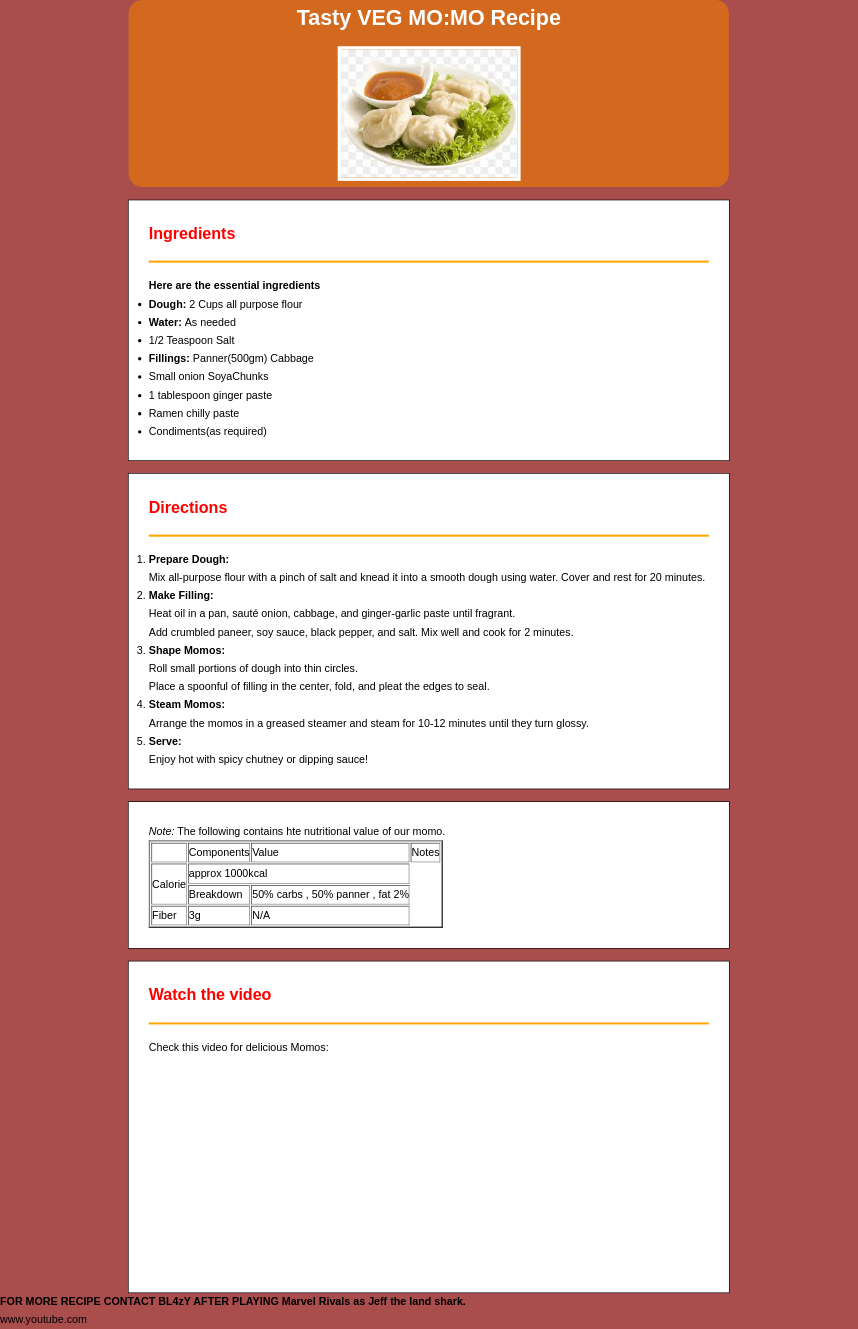
Repository: GigaByte6610/recipe
Page: index.html
The author's editor kept a copy of each file at every save. The page is drawn from the files as they stood at one save, then again after the next save.
The browser window is 1280 px wide. The pictures show the whole page, at 67% of full size.
Pictures or frames that could not be fetched are drawn as grey boxes.

Above is the page before, as saved 2025-02-05 04:30:25.

### index.html
<!DOCTYPE html>
<html lang="en">

<head>
    <meta charset="UTF-8" />
    <meta name="viewport" content="width=device-width, initial-scale=1.0" />
    <title>My Recipe [Veg Momo]</title>
    <link rel="stylesheet" href="style.css">
</head>

<body>
    <header>
        <h1 align="center">Tasty VEG MO:MO Recipe</h1>
        <img src="momo.jpeg" alt="" />
    </header>

    <section>
        <h2>Ingredients</h2>
        <p>
            <strong> Here are the essential ingredients</strong>
        </p>
        <ul>
            <li><strong>Dough: </strong> 2 Cups all purpose flour</li>
            <li><strong>Water: </strong> As needed</li>
            <li>1/2 Teaspoon Salt</li>
            <li><strong>Fillings: </strong> Panner(500gm) Cabbage</li>
            <li>Small onion SoyaChunks</li>
            <li>1 tablespoon ginger paste</li>
            <li>Ramen chilly paste</li>
            <li>Condiments(as required)</li>
        </ul>
    </section>
    <section>
        <h2><strong>Directions</strong></h2>
        <ol>
            <li><strong>Prepare Dough: </strong><br>Mix all-purpose flour with a pinch of salt and knead it into a smooth dough using water. Cover and rest for 20 minutes.</li>
            <li><strong>Make Filling:</strong><br>Heat oil in a pan, sauté onion, cabbage, and ginger-garlic paste until fragrant. <br>Add crumbled paneer, soy sauce, black pepper, and salt. Mix well and cook for 2 minutes.</li>
            <li><strong>Shape Momos:</strong> <br>Roll small portions of dough into thin circles. <br>Place a spoonful of filling in the center, fold, and pleat the edges to seal.</li>
            <li><strong>Steam Momos:</strong> <br>Arrange the momos in a greased steamer and steam for 10-12 minutes until they turn glossy.</li>
            <li><strong>Serve:</strong> <br>Enjoy hot with spicy chutney or dipping sauce!</li>
        </ol>
    </section>
    <section>
        <p>
            <em>Note:</em> The following contains hte nutritional value of our momo.
        </p>
        <table border="2">
            <thead>
                <th>
                    <td>Components</td>
                    <td>Value</td>
                    <td>Notes</td>
                </th>
            </thead>
            <tbody>
                <tr>
                    <td rowspan="2"> Calorie</td>
                    <td colspan="2">approx 1000kcal</td>
                </tr>
                <tr>
                    <td>Breakdown</td>
                    <td>50% carbs , 50% panner , fat 2%</td>
                </tr>
                <tr>
                    <td>Fiber</td>
                    <td>3g</td>
                    <td>N/A</td>
                </tr>
            </tbody>
        </table>
    </section>
    <section>
        <h2> Watch the video</h2>
        <p>Check this video for delicious Momos: </p>
        <iframe width="560" height="315" src="https://www.youtube.com/embed/71GR1xRQzgQ?si=tbq05XnBHcNN-7Ji" title="YouTube video player" frameborder="0" allow="accelerometer; autoplay; clipboard-write; encrypted-media; gyroscope; picture-in-picture; web-share"
            referrerpolicy="strict-origin-when-cross-origin" allowfullscreen></iframe>
    </section>
    <footer>
        <p><strong>FOR MORE RECIPE CONTACT BL4zY AFTER PLAYING Marvel Rivals as Jeff the land shark.</strong></p>
    </footer>

</html>
www.youtube.com

### style.css
* {
    box-sizing: border-box;
    margin: 0px;
    padding: 0;
}

body {
    font-family: Arial, Helvetica, sans-serif;
    background-color: #a94d4d;
    line-height: 1.7;
}

header {
    background-color: chocolate;
    border: 200px;
    text-align: center;
    border-radius: 20px;
}

header h1 {
    color: white;
    margin-bottom: 15px;
    text-align: center;
}

header img {
    border: 5px solid white;
}

section,
header {
    max-width: 70%;
    margin: auto;
}

section {
    background-color: white;
    margin-top: 20px;
    padding: 30px;
    box-shadow: 0px 0px 0px 1px rgba(0, 0, 0, 2);
}

section h2 {
    color: red;
    border-bottom: 3px solid orange;
    padding-bottom: 20px;
    margin-bottom: 20px;
}

After the next save:
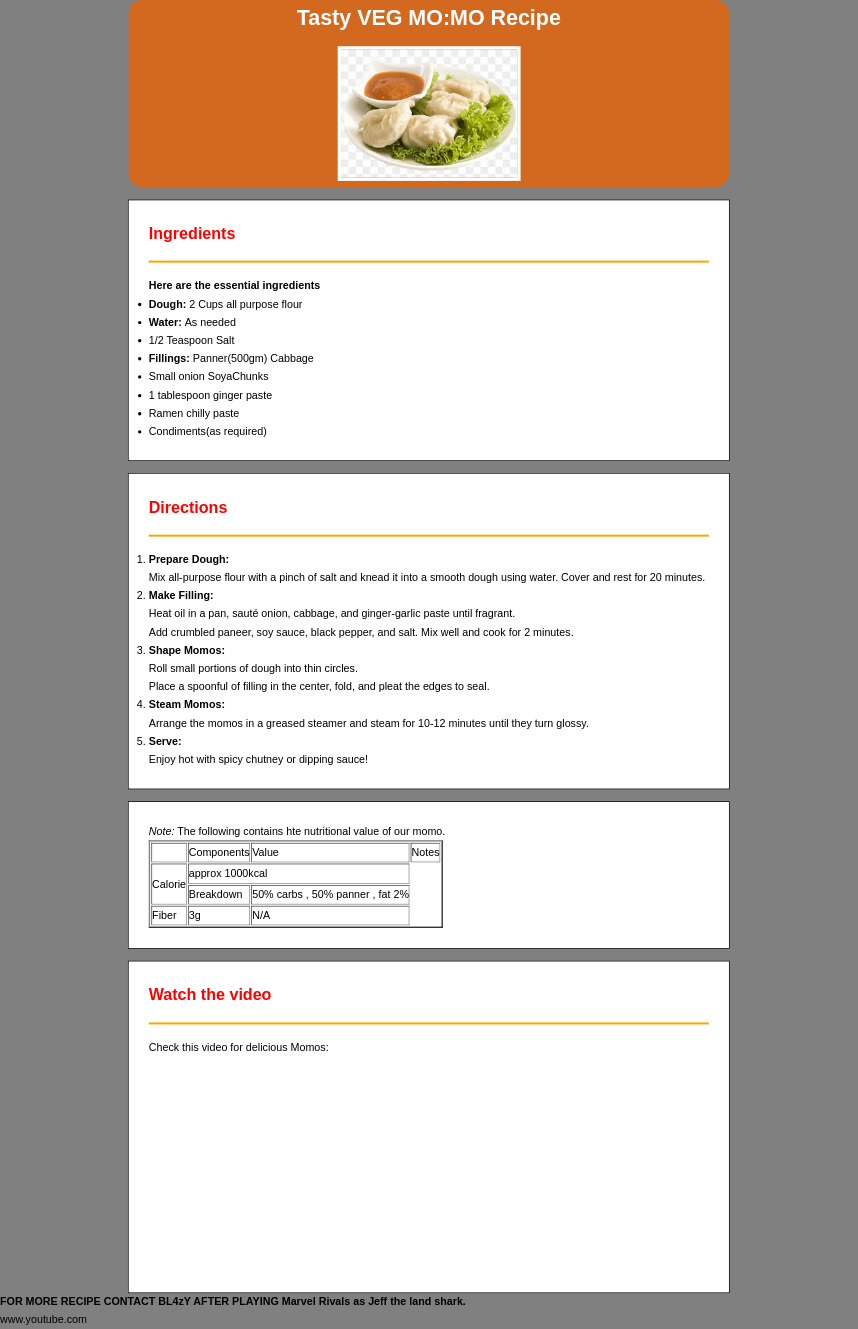
Saved 78 s later.
--- a/style.css
+++ b/style.css
@@ -6,7 +6,7 @@
 
 body {
     font-family: Arial, Helvetica, sans-serif;
-    background-color: #a94d4d;
+    background-color: gray;
     line-height: 1.7;
 }
 
